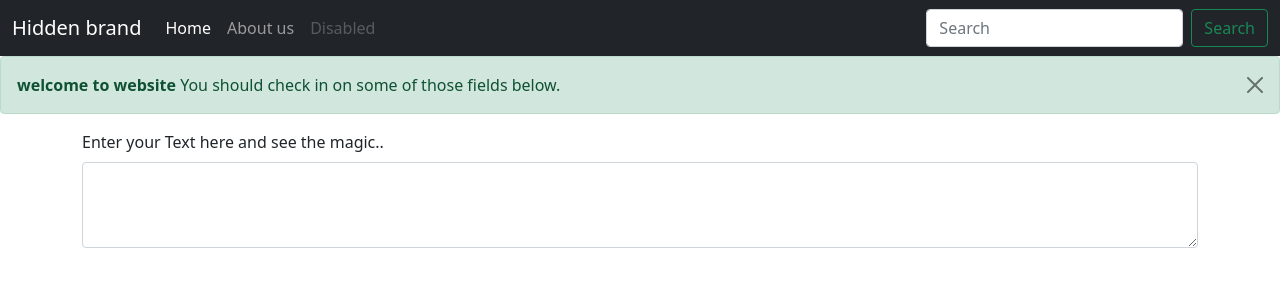
Repository: ritikalohia/Django-beginners-
Page: textutiles/templates/index.html
These files come from the project's save history. The page is drawn as it stood at one moment and after the next save; the edit follows.
The browser window is 1280 px wide. The pictures show the whole page.

Above is the page before, as saved 2021-05-22 19:37:51.

### textutiles/templates/index.html
<!doctype html>
<html lang="en">
  <head>
    <!-- Required meta tags -->
    <meta charset="utf-8">
    <meta name="viewport" content="width=device-width, initial-scale=1">

    <!-- Bootstrap CSS -->
    <link href="https://cdn.jsdelivr.net/npm/bootstrap@5.0.1/dist/css/bootstrap.min.css" rel="stylesheet" integrity="sha384-+0n0xVW2eSR5OomGNYDnhzAbDsOXxcvSN1TPprVMTNDbiYZCxYbOOl7+AMvyTG2x" crossorigin="anonymous">

    <title>i'mhere</title>
    </head>
    <body>
    <nav class="navbar navbar-expand-lg navbar-dark bg-dark">
    <div class="container-fluid">
    <button class="navbar-toggler" type="button" data-bs-toggle="collapse" data-bs-target="#navbarTogglerDemo01" aria-controls="navbarTogglerDemo01" aria-expanded="false" aria-label="Toggle navigation">
      <span class="navbar-toggler-icon"></span>
    </button>
    <div class="collapse navbar-collapse" id="navbarTogglerDemo01">
      <a class="navbar-brand" href="#">Hidden brand</a>
      <ul class="navbar-nav me-auto mb-2 mb-lg-0">
        <li class="nav-item">
          <a class="nav-link active" aria-current="page" href="#">Home</a>
        </li>
        <li class="nav-item">
          <a class="nav-link" href="#">About us</a>
        </li>
        <li class="nav-item">
          <a class="nav-link disabled" href="#" tabindex="-1" aria-disabled="true">Disabled</a>
        </li>
      </ul>
      <form class="d-flex">
        <input class="form-control me-2" type="search" placeholder="Search" aria-label="Search">
        <button class="btn btn-outline-success" type="submit">Search</button>
      </form>
    </div>
    </div>
    </nav>

    <div class="alert alert-success alert-dismissible fade show" role="alert">
        <strong>welcome to website</strong> You should check in on some of those fields below.
        <button type="button" class="btn-close" data-bs-dismiss="alert" aria-label="Close"></button>
    </div>

    <div class="container">

        <div class="mb-3">
        <label for="exampleFormControlTextarea1" class="form-label">Enter your Text here and see the magic..</label>
        <textarea class="form-control" id="exampleFormControlTextarea1" rows="3"></textarea>
        </div>
    </div>

    <!-- Optional JavaScript; choose one of the two! -->

    <!-- Option 1: Bootstrap Bundle with Popper -->
    <script src="https://cdn.jsdelivr.net/npm/bootstrap@5.0.1/dist/js/bootstrap.bundle.min.js" integrity="sha384-gtEjrD/SeCtmISkJkNUaaKMoLD0//ElJ19smozuHV6z3Iehds+3Ulb9Bn9Plx0x4" crossorigin="anonymous"></script>

    <!-- Option 2: Separate Popper and Bootstrap JS -->
    <!--
    <script src="https://cdn.jsdelivr.net/npm/@popperjs/core@2.9.2/dist/umd/popper.min.js" integrity="sha384-IQsoLXl5PILFhosVNubq5LC7Qb9DXgDA9i+tQ8Zj3iwWAwPtgFTxbJ8NT4GN1R8p" crossorigin="anonymous"></script>
    <script src="https://cdn.jsdelivr.net/npm/bootstrap@5.0.1/dist/js/bootstrap.min.js" integrity="sha384-Atwg2Pkwv9vp0ygtn1JAojH0nYbwNJLPhwyoVbhoPwBhjQPR5VtM2+xf0Uwh9KtT" crossorigin="anonymous"></script>
    -->
  </body>
</html>

After the next save:
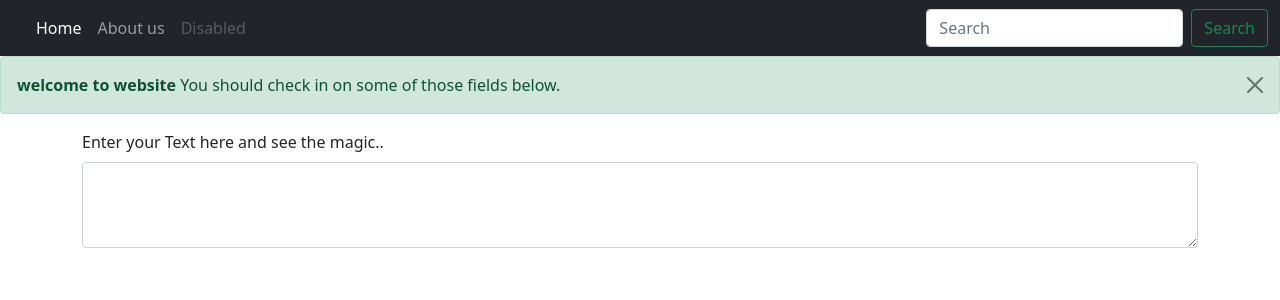
Saved 15 s later.
--- a/textutiles/templates/index.html
+++ b/textutiles/templates/index.html
@@ -17,7 +17,7 @@
       <span class="navbar-toggler-icon"></span>
     </button>
     <div class="collapse navbar-collapse" id="navbarTogglerDemo01">
-      <a class="navbar-brand" href="#">Hidden brand</a>
+      <a class="navbar-brand" href="#"></a>
       <ul class="navbar-nav me-auto mb-2 mb-lg-0">
         <li class="nav-item">
           <a class="nav-link active" aria-current="page" href="#">Home</a>
